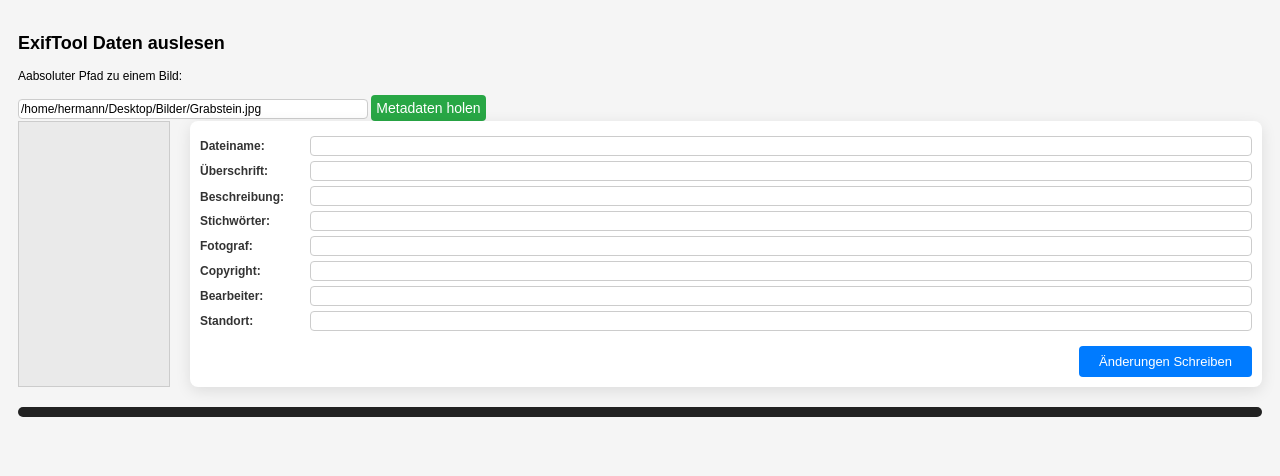
Repository: h-fahle/metadata
Page: ui/index.html
An editor plug-in stored every save of this project. The page is shown before and after the next save, followed by the edit.
The browser window is 1280 px wide. The pictures show the whole page.

Above is the page before, as saved 2026-08-15 19:15:20.

### ui/index.html
<!DOCTYPE html>
<html lang="de">
<head>
    <meta charset="UTF-8">
    <title>Tauri ExifTool Test</title>
    <link rel="stylesheet" href="style.css">
</head>
<body>
    <h2>ExifTool Daten auslesen</h2>
    <p>Aabsoluter Pfad zu einem Bild:</p>

    <input type="text" id="bildpfad" value="/home/hermann/Desktop/Bilder/Grabstein.jpg">
    <button onclick="exifAuslesen()">Metadaten holen</button>


	<div class="main-container">

		<!-- Das Vorschaubild links -->
		<div style="width: 150px; border: 1px solid #ccc; display: flex; align-items: center; justify-content: center; background: #eaeaea;">
			<img id="bild-vorschau" src="" alt="Kein Bild geladen" style="" />
		</div>

		<!-- Das Formular rechts -->
		<form action="" method="post">
		  <p>
			<label for="filename">Dateiname:</label>
			<input type="text" id="filename" name="filename" />
		  </p>
		  <p>
			<label for="caption">Überschrift:</label>
			<input type="text" id="caption" name="caption" />
		  </p>
		  <p>
			<label for="description">Beschreibung:</label>
			<textarea id="description" name="description" rows="10"></textarea>
		  </p>
		  <p>
			<label for="keywords">Stichwörter:</label>
			<input type="text" id="keywords" name="keywords">
		  </p>
		  <p>
			<label for="creator">Fotograf:</label>
			<input type="text" id="creator" name="creator">
		  </p>
		  <p>
			<label for="copyright">Copyright:</label>
			<input type="text" id="copyright" name="copyright">
		  </p>
		  <p>
			<label for="editor">Bearbeiter:</label>
			<input type="text" id="editor" name="editor">
		  </p>
		  <p>
			<label for="position">Standort:</label>
			<input type="text" id="position" name="position">
		  </p>

			<!-- NEU: Der Speichern-Button am Ende des Formular-Containers -->
			<div style="text-align: right; margin-top: 15px;">
				<button onclick="exifSchreiben()" style="background: #007BFF; padding: 8px 20px; font-size: 13px;">Änderungen Schreiben</button>
			</div>

		</form>
	</div> <!-- Ende des main-containers -->

    <div id="ausgabe"></div>

    <script>
        async function exifAuslesen() {
            const pfad = document.getElementById("bildpfad").value;
            const ausgabe = document.getElementById("ausgabe");
            const vorschauImg = document.getElementById("bild-vorschau");


            ausgabe.innerText = "Rufe ExifTool auf...";

            try {
                // 1. Metadaten über Rust holen
                const jsonText = await window.__TAURI__.core.invoke('lese_bild_metdaten', { dateipfad: pfad });
                const datenObjekt = JSON.parse(jsonText)[0]; 	// Das 1. JSON-Objekt im JSON-Array in JS-Objekt umwandeln

                document.getElementById('filename').value = datenObjekt.FileName || '';
                document.getElementById('caption').value = datenObjekt.CMB_Caption || '';
                document.getElementById('description').value = datenObjekt.Description || '';
                document.getElementById('keywords').value = datenObjekt.Keywords || '';
                document.getElementById('creator').value = datenObjekt.Creator || '';
                document.getElementById('copyright').value = datenObjekt.Copyright || '';
                document.getElementById('editor').value = datenObjekt.CMB_Editor || '';
                document.getElementById('position').value = datenObjekt.GPSPosition || '';

                // Wir nehmen das erste Element der Liste (ExifTool liefert immer ein Array)
                // und stellen es schön formatiert im Browser dar
                // ausgabe.innerText = JSON.stringify(datenObjekt[0], null, 2);
				ausgabe.innerText = jsonText;

				// 2. DAS VORSCHAUBILD AKTIVIEREN
				// Wir wandeln den Linux-Pfad in eine sichere Tauri-Asset-URL um
				// In Tauri v2 sieht das exakt so aus:
				const assetUrl = window.__TAURI__.core.convertFileSrc(pfad);

				// Den Link dem Bild-Tag zuweisen und sichtbar machen
				vorschauImg.src = assetUrl;
				vorschauImg.style.display = "block";

            } catch (fehler) {
                ausgabe.innerHTML = "<span style='color: red;'>Fehler: " + fehler + "</span>";
            }
        }
    </script>
</body>
</html>

### ui/style.css
body {
	font-family: sans-serif;
	font-size:12px;
	padding: 10px;
	background: #f5f5f5;
}

button {
	margin: {5px 0};
	padding: 5px;
	font-size: 14px;
	cursor: pointer;
	background: #28a745;
	color: white;
	border: none;
	border-radius: 4px; }

#ausgabe {
	margin-top: 20px;
	background: #222;
	color: #00ff00;
	padding: 5px;
	border-radius: 5px;
	font-family: monospace;
	white-space: pre-wrap;
	overflow-x: auto;
}
input#bildpfad {
	width: 350px;
}

.main-container-old {
	width: 150px;
	border: 1px solid #ccc;
	align-items: center;
	justify-content:
	center; background: #eaeaea;
}

/* Der neue Haupt-Container für die Nebeneinander-Ausrichtung */
.main-container {
	display: flex;
	flex-direction: row;  /* Elemente nebeneinander */
	gap: 20px;            /* Abstand zwischen Bild und Formular */
	width: 100%
	box-sizing: border-box;
}

/* Styling für den Bild-Bereich */
.image-preview {
	max-width: 300px;     /* Maximale Breite des Bildes links */
	flex-shrink: 0;       /* Bild wird nicht zusammengedrückt */
}


#bild-vorschau {
	max-width: 100%;
	max-height: 100%;
	object-fit: contain;
	display: none;
}
.image-preview img {
	width: 100%;          /* Nutzt die 300px voll aus */
	height: auto;         /* Behält das richtige Seitenverhältnis */
	border-radius: 8px;   /* Schöne abgerundete Ecken */
	box-shadow: 0 4px 15px rgba(0, 0, 0, 0.1); /* Gleicher Schatten wie das Formular */
}


/* Container des Formulars */
form {
	flex-grow: 1;
	margin: 0;
	padding: 10px;
	background-color: #ffffff;
	border-radius: 8px;
	box-shadow: 0 4px 15px rgba(0, 0, 0, 0.1);
	font-family: Arial, sans-serif;
}

form p {
	display: flex;
	align-items: center;
	margin: 6px 0;       /* Geringer Zeilenabstand */
	width: 100%;
	margin-top: 5px;    /* Kleiner Abstand nach oben */
	margin-bottom: 5px; /* Kleiner Abstand nach unten */
}

/* Feste Breite für die Labels + Linksbündig */
label {
	display: inline-block;
	width: 110px;
	text-align: left;
	font-weight: bold;
	color: #333333;
	flex-shrink: 0; /* Verhindert, dass der Text zusammengedrückt wird */
}
label[for="description"] {
	vertical-align: top;
	margin-top: 3px; /* Schiebt das Label minimal nach unten, damit es perfekt synchron zur ersten Textzeile steht */
}

/* Eingabefelder füllen den restlichen Platz der Zeile aus */
input[type="text"],
textarea {
	flex-grow: 1; /* Alle Felder starten exakt an der gleichen Linie */
	width: 100%;
	min-width: 0;
	padding: 2px;
	border: 1px solid #cccccc;
	border-radius: 4px;
	box-sizing: border-box;
	font-size: 12px;
}
textarea {
    /* DIESE BEIDEN ZEILEN LÖSEN DAS LINUX-PROBLEM ENDGÜLTIG: */
    field-sizing: content;   /* Die Box wächst automatisch zeilenweise mit! */
    overflow: hidden;        /* Schaltet Scrollbalken und damit den Bug komplett ab */
    resize: none;            /* Der Nutzer muss nicht mehr manuell ziehen */
}

/* Aktives Feld bei Klick */
input:focus,
textarea:focus {
	border-color: #007BFF;
	outline: none;
	box-shadow: 0 0 5px rgba(0, 123, 255, 0.5);
}

/* Der Absendeknopf richtet sich nach den Eingabefeldern aus */
.button-group {
	display: flex;
	justify-content: flex-end;
}

button[type="submit"] {
	/* Der Button hat genau dieselbe Breite und Position wie die Felder darüber */
	width: calc(100% - 125px); /* Formularbreite minus Label (110px) und Gap (15px) */
	padding: 12px;
	background-color: #007BFF;
	color: white;
	border: none;
	border-radius: 4px;
	font-size: 16px;
	cursor: pointer;
	transition: background-color 0.3s ease;
}

button[type="submit"]:hover {
	background-color: #0056b3;
}

After the next save:
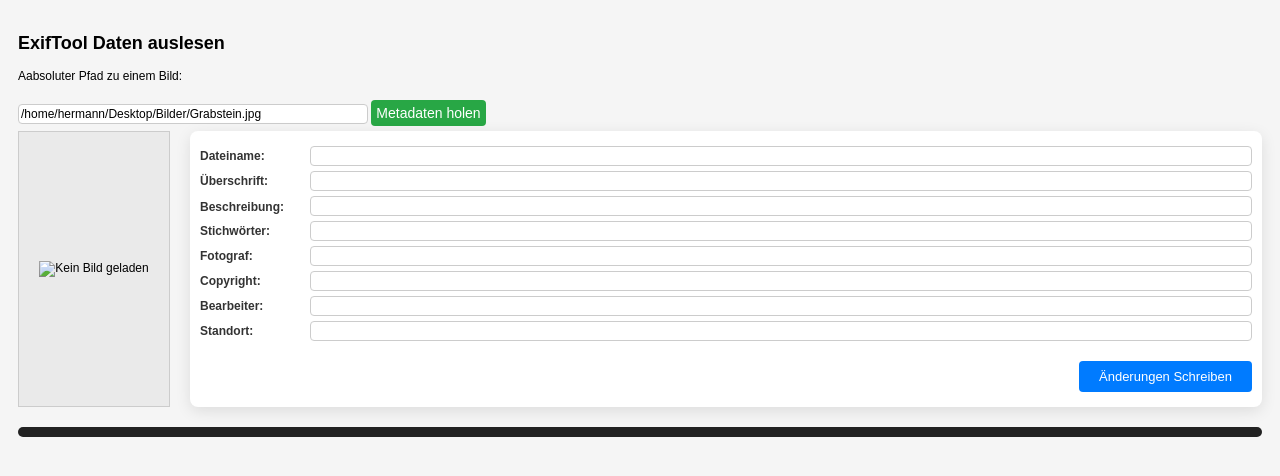
Saved 15 h 54 min later.
--- a/ui/style.css
+++ b/ui/style.css
@@ -6,14 +6,15 @@ body {
 }
 
 button {
-	margin: {5px 0};
+	margin: 5px 0;
 	padding: 5px;
 	font-size: 14px;
 	cursor: pointer;
 	background: #28a745;
 	color: white;
 	border: none;
-	border-radius: 4px; }
+	border-radius: 4px;
+}
 
 #ausgabe {
 	margin-top: 20px;
@@ -42,22 +43,28 @@ input#bildpfad {
 	display: flex;
 	flex-direction: row;  /* Elemente nebeneinander */
 	gap: 20px;            /* Abstand zwischen Bild und Formular */
-	width: 100%
+	width: 100%;
 	box-sizing: border-box;
 }
 
 /* Styling für den Bild-Bereich */
-.image-preview {
-	max-width: 300px;     /* Maximale Breite des Bildes links */
-	flex-shrink: 0;       /* Bild wird nicht zusammengedrückt */
+#sidebar {
+	width: 150px;
+	border: 1px solid #ccc;
+	align-items: center;
+	justify-content: center;
+	background: #eaeaea;
 }
-
-
-#bild-vorschau {
+#vorschau-bild {
 	max-width: 100%;
 	max-height: 100%;
 	object-fit: contain;
 	display: none;
+}
+
+.image-preview {
+	max-width: 300px;     /* Maximale Breite des Bildes links */
+	flex-shrink: 0;       /* Bild wird nicht zusammengedrückt */
 }
 .image-preview img {
 	width: 100%;          /* Nutzt die 300px voll aus */
@@ -135,8 +142,7 @@ textarea:focus {
 }
 
 button[type="submit"] {
-	/* Der Button hat genau dieselbe Breite und Position wie die Felder darüber */
-	width: calc(100% - 125px); /* Formularbreite minus Label (110px) und Gap (15px) */
+	width: 200px;
 	padding: 12px;
 	background-color: #007BFF;
 	color: white;
@@ -146,7 +152,6 @@ button[type="submit"] {
 	cursor: pointer;
 	transition: background-color 0.3s ease;
 }
-
 button[type="submit"]:hover {
 	background-color: #0056b3;
 }
